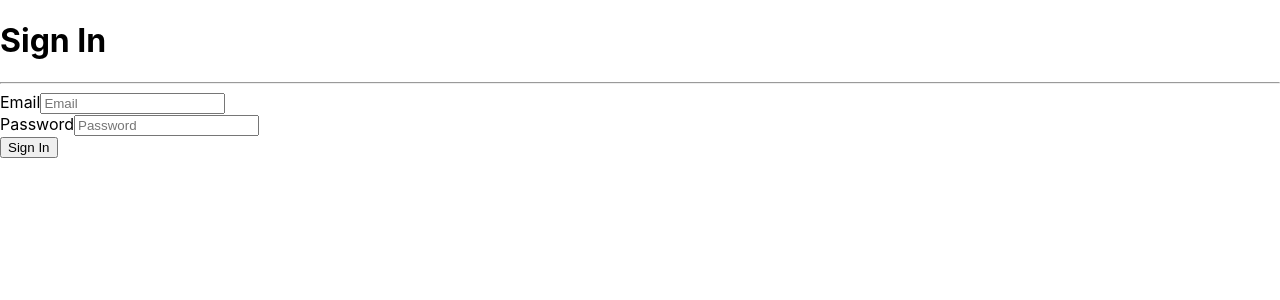
Repository: tosaken1116/Backs-of-seniors-hackathon
Page: /components/SignInModal
These files come from the project's save history. The page is drawn as it stood at one moment and after the next save; the edit follows.
The browser window is 1280 px wide. The pictures show the whole page.
The project was rebuilt for these pictures with package versions that can differ from the ones it lists, and the page was loaded fresh each time. The framework's server and built-in components were replaced by stand-ins that run in the browser. Also part of the build but not shown: next.config.js.

Above is the page before, as saved 2022-07-17 11:07:39.

After the next save:
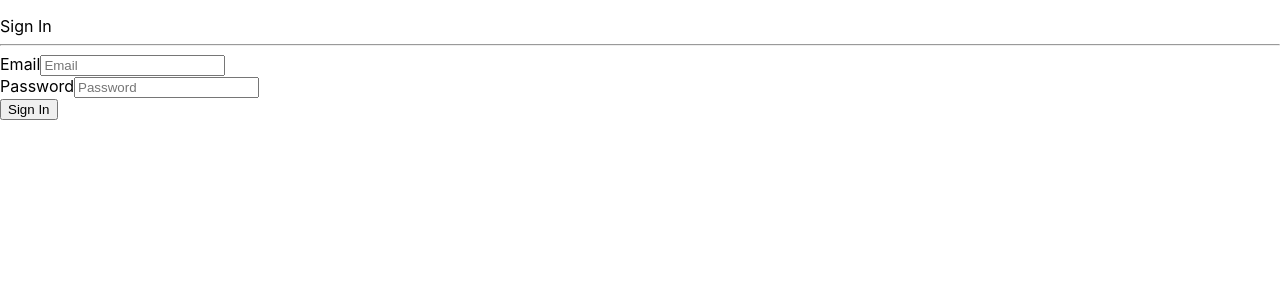
Saved 104 s later.
--- a/pages/components/SignInModal.tsx
+++ b/pages/components/SignInModal.tsx
@@ -14,9 +14,11 @@ export default function SignInModal() {
     };
     return (
         <p className="text-center">
+            <div className="flex-initial bg-rose-300">
+                <div>Sign In</div>
+            </div>
             <div className="formcontainer">
                 <form>
-                    <h1>Sign In</h1>
                     <hr />
                     <div className="uiForm">
                         <div className="formField">
